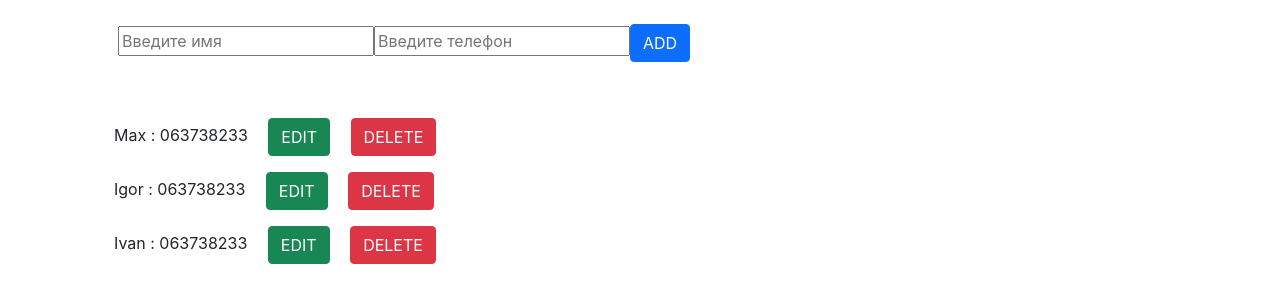
Repository: tsydikov/phone_book
Page: /
These files come from the project's save history. The page is drawn as it stood at one moment and after the next save; the edit follows.
The browser window is 1280 px wide. The pictures show the whole page.
The project was rebuilt for these pictures with package versions that can differ from the ones it lists, and the page was loaded fresh each time. Also part of the build but not shown: src/App.css, src/components/Update.jsx.

Above is the page before, as saved 2021-10-07 22:14:08.

### public/index.html
<!DOCTYPE html>
<html lang="en">
  <head>
    <meta charset="utf-8" />
    <meta name="viewport" content="width=device-width, initial-scale=1" />
    <meta name="theme-color" content="#000000" />
    <link
      rel="stylesheet"
      href="https://cdn.jsdelivr.net/npm/bootstrap@5.1.1/dist/css/bootstrap.min.css"
      integrity="sha384-F3w7mX95PdgyTmZZMECAngseQB83DfGTowi0iMjiWaeVhAn4FJkqJByhZMI3AhiU"
      crossorigin="anonymous"
    />
    <title>Briz test</title>
  </head>
  <body>
    <noscript>You need to enable JavaScript to run this app.</noscript>
    <div id="root"></div>
  </body>
</html>

### src/index.js
import React from "react";
import ReactDOM from "react-dom";
import "./index.css";
import App from "./App";
import { Provider } from "react-redux";
import { store } from "./store/reducer";

ReactDOM.render(
  <Provider store={store}>
    <App />
  </Provider>,
  document.getElementById("root")
);

### src/App.js
import React from "react";
import { Col, Container, Row } from "react-bootstrap";
import "./App.css";
import Form from "./components/Form";
import PhoneList from "./components/PhoneList";

function App() {
  return (
    <Container>
      <Row>
        <Col className="p-4">
          <Form />
        </Col>
      </Row>
      <Row>
        <Col className="p-4">
          <PhoneList />
        </Col>
      </Row>
    </Container>
  );
}

export default App;

### src/store/reducer.js
import { createStore } from "redux";
import { CREATE, DELETE, UPDATE } from "./types";

const defaultState = {
  phoneBook: [
    { id: 1, name: "Max", phoneNamber: "063738233" },
    { id: 2, name: "Igor", phoneNamber: "063738233" },
    { id: 3, name: "Ivan", phoneNamber: "063738233" },
  ],
};

const reducer = (state = defaultState, action) => {
  switch (action.type) {
    case CREATE:
      return { ...state, phoneBook: [...state.phoneBook, action.payload] };
    case DELETE:
      return {
        ...state,
        phoneBook: state.phoneBook.filter(
          (phone) => phone.id !== action.payload
        ),
      };
    case UPDATE:
      return {
        ...state,
        phoneBook: state.phoneBook.map((item) => {
          if (item.id === action.payload.id) {
            return {
              ...item,
              ...action.payload,
            };
          } else {
            return item;
          }
        }),
      };
    default:
      return state;
  }
};

export const store = createStore(reducer);

### src/components/Form.jsx
import React, { useState } from "react";
import { Button, Container } from "react-bootstrap";
import { useDispatch } from "react-redux";
import { addItem } from "../store/actions";

const Form = () => {
  const [name, setName] = useState("");
  const [phone, setPhone] = useState("");
  const dispatch = useDispatch();
  const addNewPhoneBookItem = () => {
    const newItem = {
      id: Date.now(),
      name: name,
      phoneNamber: phone,
    };
    if (name && phone) {
      dispatch(addItem(newItem));
      setName("");
      setPhone("");
    } else alert("поле имя и телефон должно быть заполнено");
  };
  return (
    <Container>
      <input
        type="text"
        value={name}
        placeholder="Введите имя"
        onChange={(e) => setName(e.target.value)}
      />
      <input
        type="text"
        value={phone}
        placeholder="Введите телефон"
        onChange={(e) => setPhone(e.target.value)}
      />
      <Button onClick={addNewPhoneBookItem}>ADD</Button>
    </Container>
  );
};

export default Form;

### src/components/PhoneList.jsx
import React, { useState } from "react";
import { useSelector } from "react-redux";
import PhoneItem from "./PhoneItem";
import Update from "./Update";

const PhoneList = () => {
  const [editItemActive, setEditItemActive] = useState(null);
  const phoneBook = useSelector((state) => state.phoneBook);
  const editPhoneBookItem = (id) => {
    setEditItemActive(id);
  };
  return (
    <div>
      {editItemActive ? (
        <Update
          key={editItemActive}
          updateId={editItemActive}
          update={setEditItemActive}
        />
      ) : (
        phoneBook.map((phone) => (
          <PhoneItem
            key={phone.id}
            phone={phone}
            editItem={editPhoneBookItem}
          />
        ))
      )}
    </div>
  );
};

export default PhoneList;

### src/store/types.js
export const CREATE = "CREATE";
export const UPDATE = "UPDATE";
export const DELETE = "DELETE";

### src/store/actions.js
import { CREATE, DELETE, UPDATE } from "./types";

export const addItem = (item) => ({ type: CREATE, payload: item });
export const deleteItem = (id) => ({ type: DELETE, payload: id });
export const updateItem = (item) => ({ type: UPDATE, payload: item });

### src/components/PhoneItem.jsx
import React from "react";
import { Button, Col, Container, Row } from "react-bootstrap";
import { useDispatch } from "react-redux";
import { deleteItem } from "../store/actions";

const PhoneItem = ({ phone, editItem }) => {
  const dispatch = useDispatch();
  const deletePhoneBookItem = () => {
    dispatch(deleteItem(phone.id));
  };
  return (
    <Container>
      <Row>
        <Col className="p-2">
          {phone.name} : {phone.phoneNamber}{" "}
          <Button variant="success" className="mx-3" onClick={() => editItem(phone.id)}>
            EDIT
          </Button>{" "}
          <Button variant="danger" onClick={deletePhoneBookItem}>
            DELETE
          </Button>
        </Col>
      </Row>
    </Container>
  );
};

export default PhoneItem;

Loaded but not shown: src/index.css (common file)

After the next save:
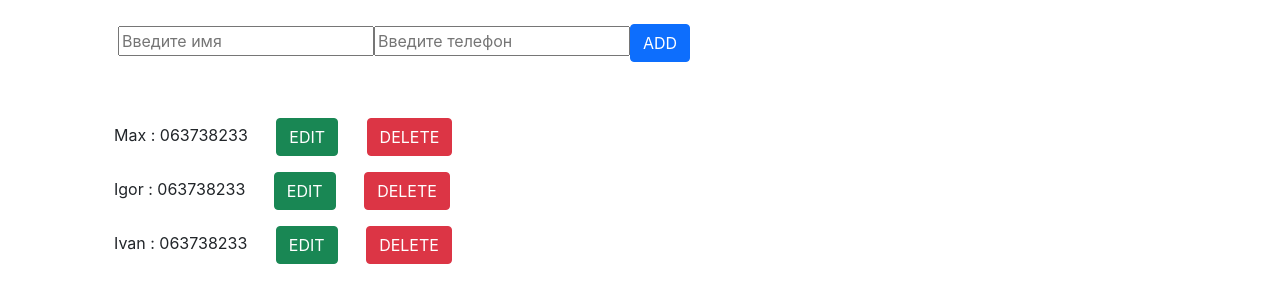
Saved 4 s later.
--- a/src/components/PhoneItem.jsx
+++ b/src/components/PhoneItem.jsx
@@ -13,7 +13,7 @@
       <Row>
         <Col className="p-2">
           {phone.name} : {phone.phoneNamber}{" "}
-          <Button variant="success" className="mx-3" onClick={() => editItem(phone.id)}>
+          <Button variant="success" className="mx-4" onClick={() => editItem(phone.id)}>
             EDIT
           </Button>{" "}
           <Button variant="danger" onClick={deletePhoneBookItem}>

After the save that followed:
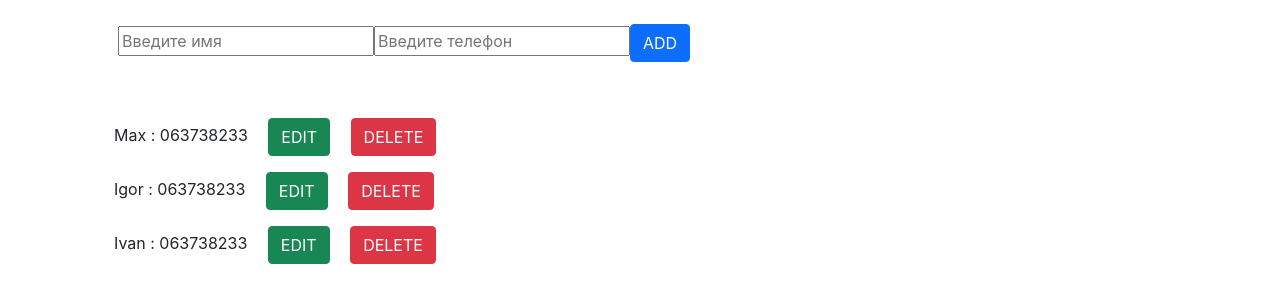
Saved 6 s later.
--- a/src/components/PhoneItem.jsx
+++ b/src/components/PhoneItem.jsx
@@ -13,7 +13,7 @@
       <Row>
         <Col className="p-2">
           {phone.name} : {phone.phoneNamber}{" "}
-          <Button variant="success" className="mx-4" onClick={() => editItem(phone.id)}>
+          <Button variant="success" className="mx-3" onClick={() => editItem(phone.id)}>
             EDIT
           </Button>{" "}
           <Button variant="danger" onClick={deletePhoneBookItem}>
